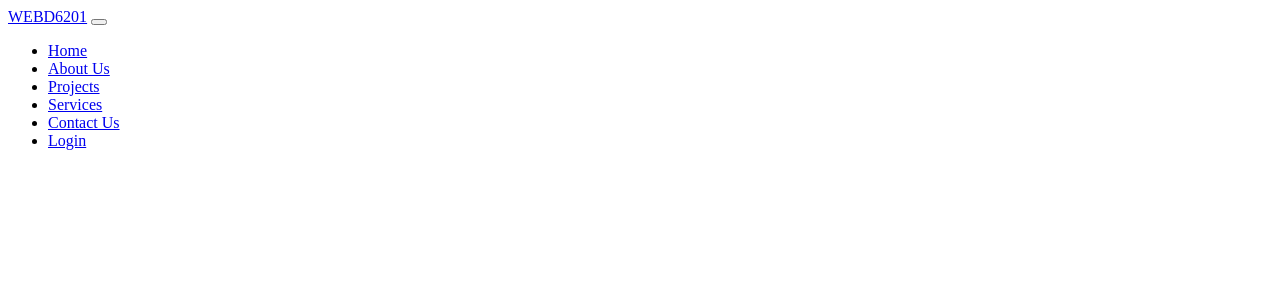
Repository: aphim/webd6201ICE6
Page: Views/Components/header.html
These files come from the project's save history. The page is drawn as it stood at one moment and after the next save; the edit follows.
The browser window is 1280 px wide. The pictures show the whole page.

Above is the page before, as saved 2021-03-03 09:38:52.

After the next save:
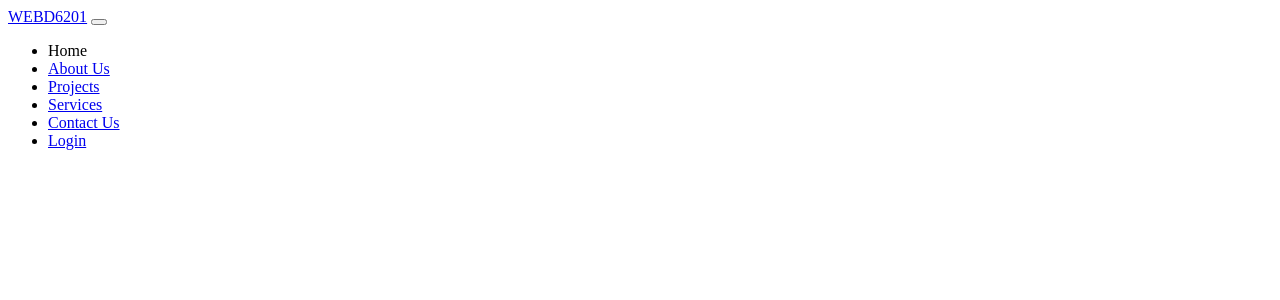
Saved 10 s later.
--- a/Views/Components/header.html
+++ b/Views/Components/header.html
@@ -8,7 +8,7 @@
       <div class="collapse navbar-collapse" id="navbarSupportedContent">
         <ul class="navbar-nav me-auto mb-2 mb-lg-0">
           <li class="nav-item">
-            <a id="home" class="nav-link" aria-current="page" href="#"><i class="fas fa-home fa-lg"></i> Home</a>
+            <a id="home" class="nav-link" aria-current="page" ><i class="fas fa-home fa-lg"></i> Home</a>
           </li>
 
           <li class="nav-item">
